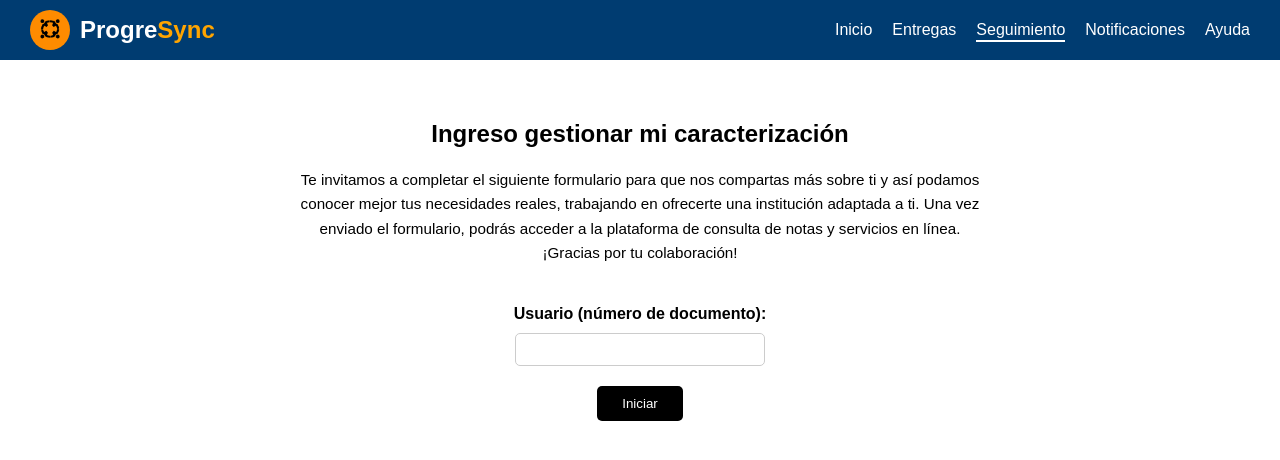
Repository: Jullians1105/ProgreSync
Page: Seguimiento/seguimiento.html
These files come from the project's save history. The page is drawn as it stood at one moment and after a run of saves; the edit follows.
The browser window is 1280 px wide. The pictures show the whole page.

Above is the page before, as saved 2025-09-05 09:20:28.

After the next 3 saves:
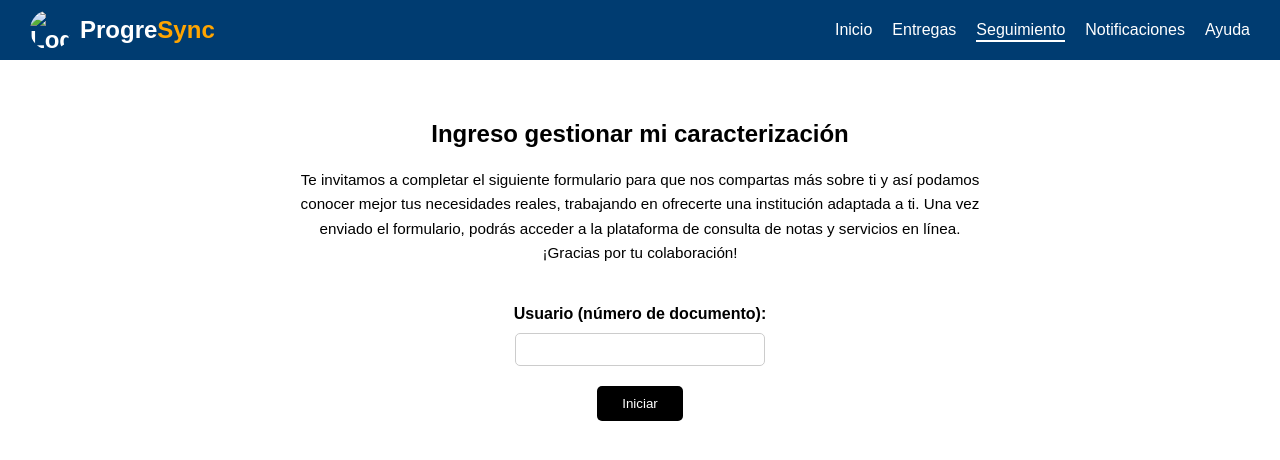
The 3 saves are shown as one change because they came seconds apart.
The last was saved 33 s later.
--- a/Seguimiento/seguimiento.html
+++ b/Seguimiento/seguimiento.html
@@ -10,7 +10,7 @@
   <!-- NAV -->
   <header>
     <div class="logo">
-      <img src="logo.png" alt="Logo ProgreSync" class="logo-icon">
+      <img src="../" alt="Logo ProgreSync" class="logo-icon">
       <span>Progre<span class="highlight">Sync</span></span>
     </div>
     <nav>

After the 2 saves that followed:
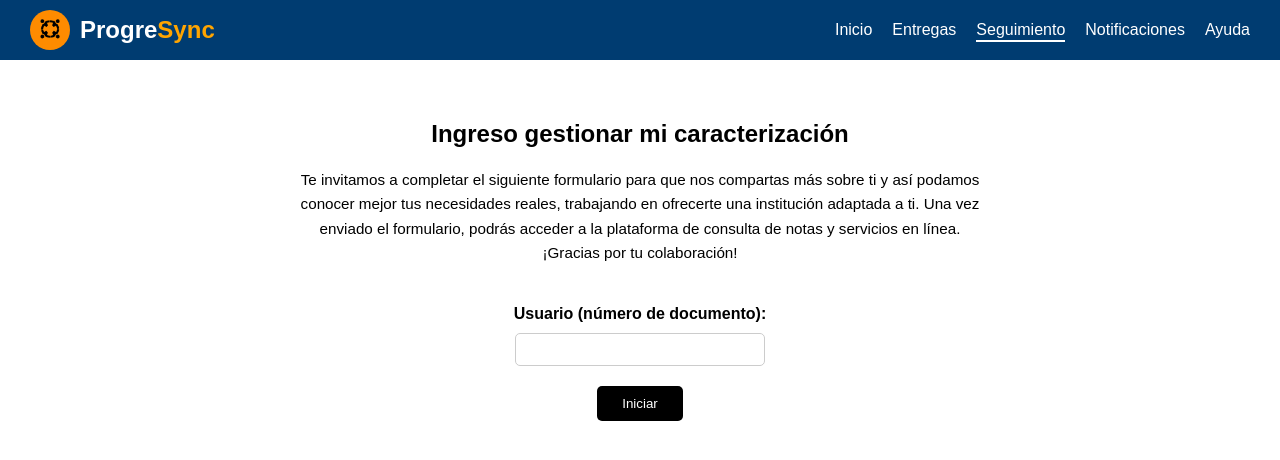
The 2 saves are shown as one change because they came seconds apart.
The last was saved 9 s later.
--- a/Seguimiento/seguimiento.html
+++ b/Seguimiento/seguimiento.html
@@ -10,7 +10,7 @@
   <!-- NAV -->
   <header>
     <div class="logo">
-      <img src="../" alt="Logo ProgreSync" class="logo-icon">
+      <img src="../Imagenes/Logo_ProgeSync.png" alt="Logo ProgreSync" class="logo-icon">
       <span>Progre<span class="highlight">Sync</span></span>
     </div>
     <nav>
